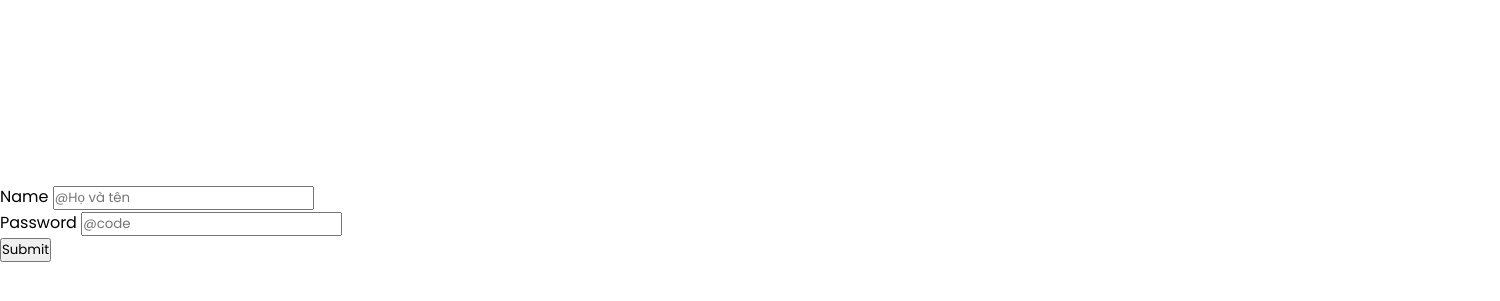
Repository: TruongVu299/Nhom21_NguyenThiNgocLam_DoTruongVu
Page: SourcesCode/index2.html
The author's editor kept a copy of each file at every save. The page is drawn from the files as they stood at one save, then again after the next save.
The browser window is 1280 px wide. The page is 1500 px wide, then 1280 px, so the pictures cover 1500 px, including what lies to the right of the window. The pictures show the whole page.

Above is the page before, as saved 2023-04-22 02:22:15.

### SourcesCode/index2.html
<!DOCTYPE html>
<html lang="en">
<head>
    <meta charset="UTF-8">
    <meta http-equiv="X-UA-Compatible" content="IE=edge">
    <meta name="viewport" content="width=device-width, initial-scale=1.0">
    <title>Đăng nhập</title>
    <link rel="stylesheet" href="./style2.css">
</head>
<body>
    <div id="wrapper">
        <div id="header1">
            <label >Name</label>
            <input placeholder="@Họ và tên" >
        </div>
        <div id="header2">
            <label>Password</label>
            <input placeholder="@code" >
        </div>
        <div id="header3">
            <button >Submit</button>
        </div>
    </div>
</body>
</html>

### SourcesCode/style2.css
@import url('https://fonts.googleapis.com/css2?family=Poppins:ital,wght@0,400;0,500;0,600;1,200;1,400;1,500&display=swap');
*{
    padding:0;
    margin:0;
    box-sizing: border-box;
    font-family:'Poppins', sans-serif;
    cursor: pointer;
}
#wrapper {
    width: 1500px;
    height: 478px;
    margin:0px auto;
    margin-top:184px;
    margin-bottom: 50px;
}

After the next save:
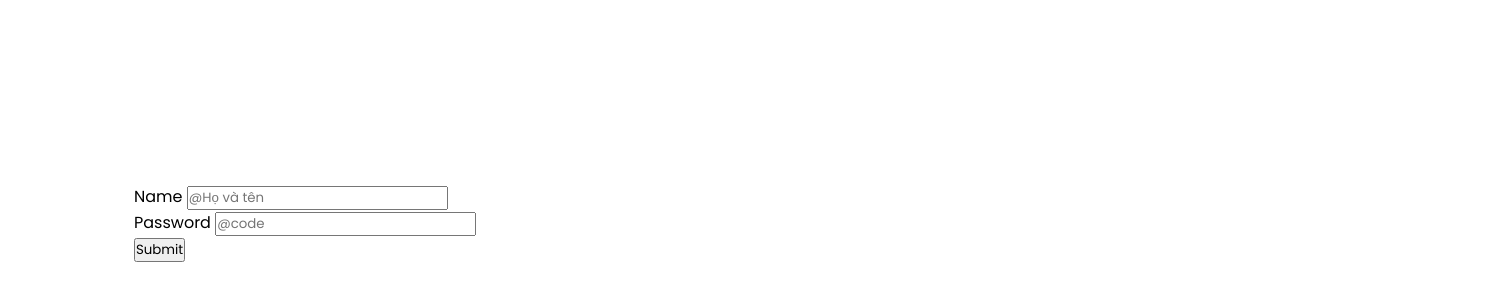
Saved 28 s later.
--- a/SourcesCode/style2.css
+++ b/SourcesCode/style2.css
@@ -7,7 +7,7 @@
     cursor: pointer;
 }
 #wrapper {
-    width: 1500px;
+    width: 1012px;
     height: 478px;
     margin:0px auto;
     margin-top:184px;
